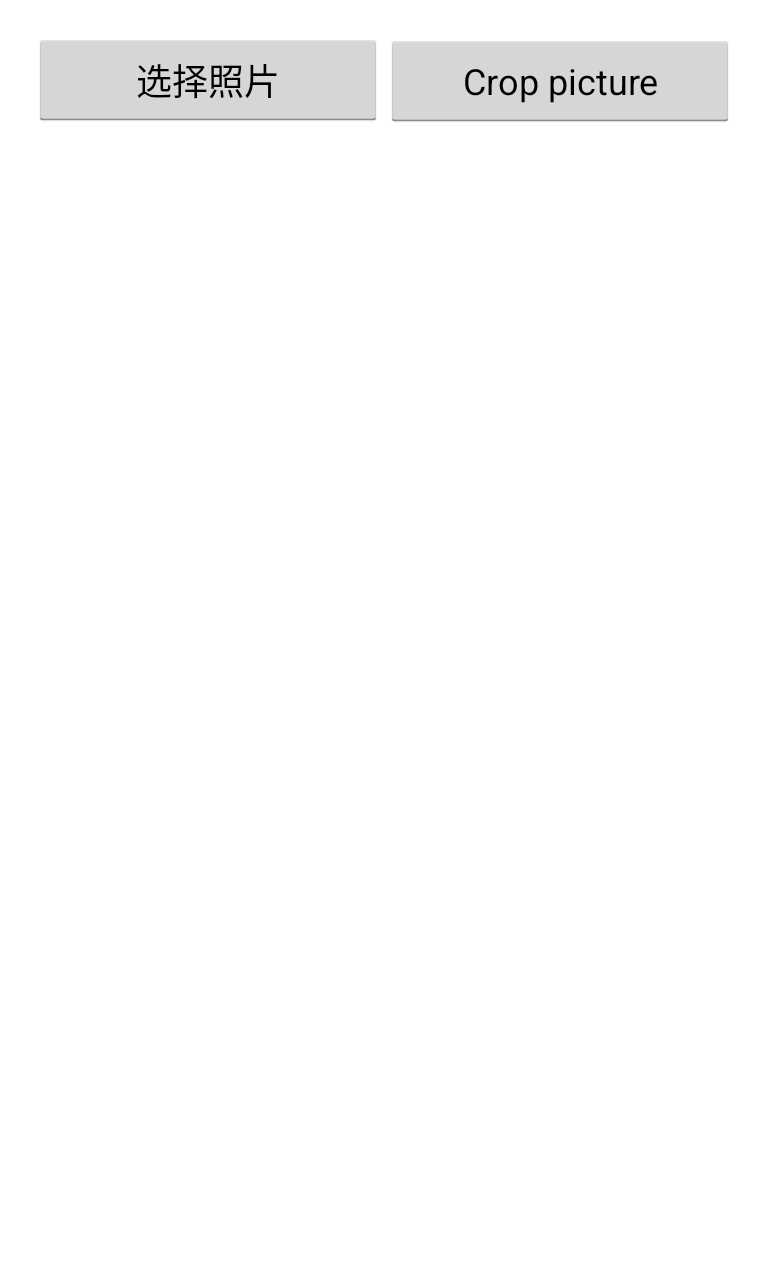
Repository: fanloveoupao/WecharTest
Layout: TestWechar/res/layout/choose_photo.xml
An editor plug-in stored every save of this project. The layout is shown before and after the next save, followed by the edit.
It is drawn on a 768 x 1280 px phone screen (xhdpi) without system bars, with theme AppTheme; the app's code is not run.

Above is the layout before, as saved 2015-10-09 07:39:51.

### TestWechar/res/layout/choose_photo.xml
<RelativeLayout xmlns:android="http://schemas.android.com/apk/res/android"
    xmlns:tools="http://schemas.android.com/tools"
    android:layout_width="fill_parent"
    android:layout_height="fill_parent"
    android:paddingLeft="@dimen/activity_horizontal_margin"
    android:paddingRight="@dimen/activity_horizontal_margin"
    android:paddingTop="@dimen/activity_vertical_margin"
    tools:context=".MainActivity" >

    <LinearLayout
        android:id="@+id/btn_layout"
        android:layout_width="fill_parent"
        android:layout_height="wrap_content"
        android:orientation="horizontal" >

        <Button
            android:id="@+id/btn"
            android:layout_width="fill_parent"
            android:layout_height="wrap_content"
            android:layout_weight="1"
            android:text="选择照片" />

        <Button
            android:id="@+id/btn2"
            android:layout_width="fill_parent"
            android:layout_height="wrap_content"
            android:layout_weight="1"
            android:text="Crop picture"
            android:visibility="visible" />
    </LinearLayout>

    <ImageView
        android:id="@+id/img"
        android:layout_width="wrap_content"
        android:layout_height="wrap_content"
        android:layout_below="@+id/btn_layout"
        android:adjustViewBounds="true"
        android:maxHeight="400dp"
        android:maxWidth="300dp"
        android:minHeight="100dp"
        android:minWidth="100dp" />

</RelativeLayout>

### TestWechar/res/values/styles.xml
<resources>

    <!--
        Base application theme, dependent on API level. This theme is replaced
        by AppBaseTheme from res/values-vXX/styles.xml on newer devices.











    -->
    <style name="AppBaseTheme" parent="android:Theme.Light">
        <!--
            Theme customizations available in newer API levels can go in
            res/values-vXX/styles.xml, while customizations related to
            backward-compatibility can go here.






        -->
    </style>

    <!-- Application theme. -->
    <style name="AppTheme" parent="AppBaseTheme">
        <!-- All customizations that are NOT specific to a particular API-level can go here. -->
    </style>

    <style name="animationmsg">
        <item name="android:windowEnterAnimation">@anim/msg_enter</item>
        <item name="android:windowExitAnimation">@anim/msg_exit</item>
    </style>

</resources>

Loaded but not shown: TestWechar/res/values-v11/styles.xml (common file); TestWechar/res/values-v14/styles.xml (common file); TestWechar/res/values/dimens.xml (common file)

After the next save:
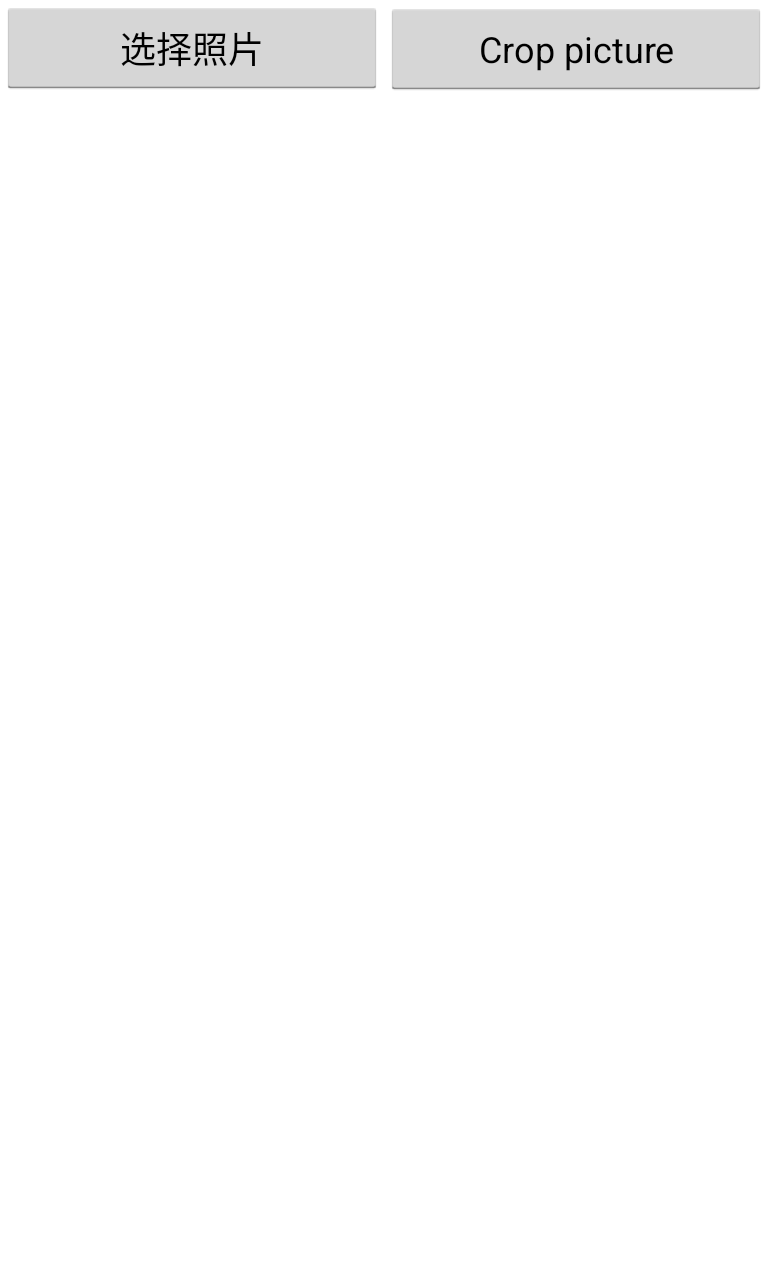
Saved 45 s later.
--- a/TestWechar/res/layout/choose_photo.xml
+++ b/TestWechar/res/layout/choose_photo.xml
@@ -1,11 +1,7 @@
 <RelativeLayout xmlns:android="http://schemas.android.com/apk/res/android"
     xmlns:tools="http://schemas.android.com/tools"
     android:layout_width="fill_parent"
-    android:layout_height="fill_parent"
-    android:paddingLeft="@dimen/activity_horizontal_margin"
-    android:paddingRight="@dimen/activity_horizontal_margin"
-    android:paddingTop="@dimen/activity_vertical_margin"
-    tools:context=".MainActivity" >
+    android:layout_height="fill_parent" >
 
     <LinearLayout
         android:id="@+id/btn_layout"
